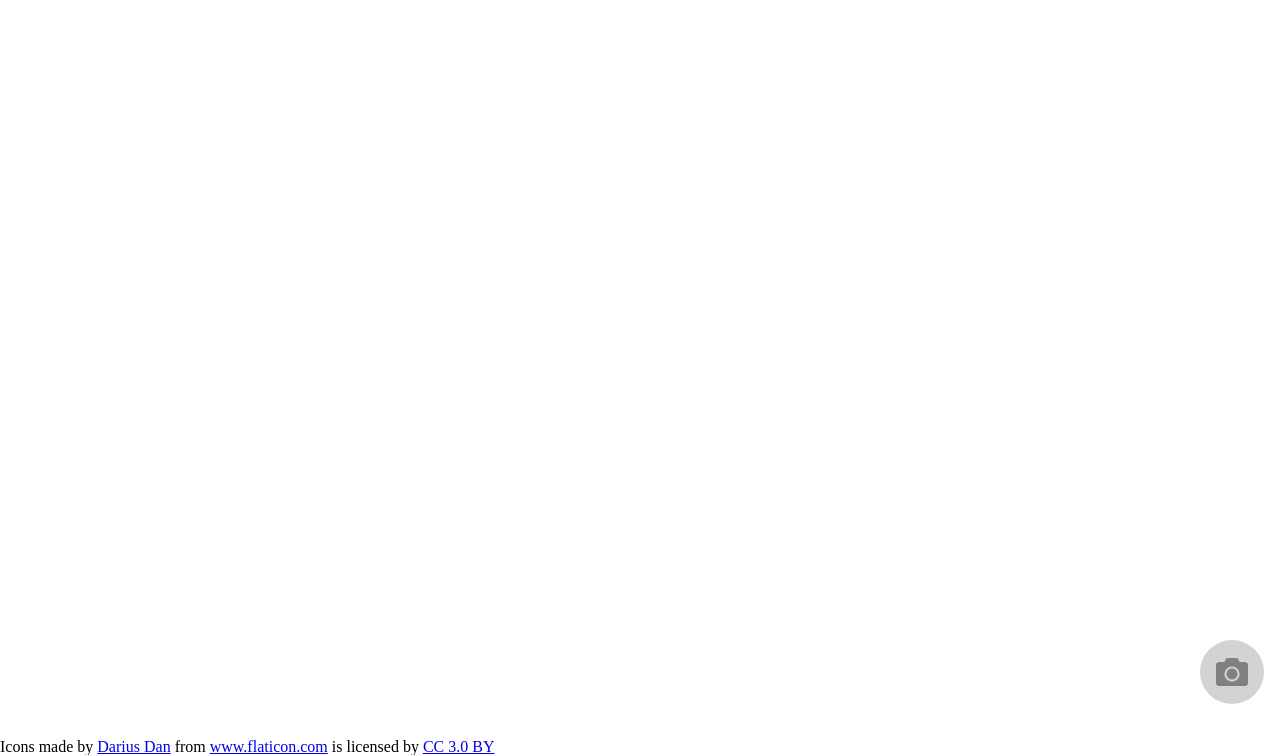
Repository: dalzell99/Bowls-Measure
Page: index.html
An editor plug-in stored every save of this project. The page is shown before and after the next save, followed by the edit.
The browser window is 1280 px wide. The pictures show the whole page.
Some icons come from a web library that is not loaded, so they are not drawn. Some web libraries are served in a nearby version.

Above is the page before, as saved 2019-01-09 15:02:04.

### index.html
<!DOCTYPE html>
<html>
<head>
	<meta charset="utf-8" />
	<meta http-equiv="X-UA-Compatible" content="IE=edge">
	<title>Bowls Measure</title>
	<meta name="viewport" content="width=device-width, initial-scale=1">
	<link rel="manifest" href="/manifest.json">

	<link rel="stylesheet" type="text/css" href="css/reset.css" />
	<!-- <link rel="stylesheet" href="node_modules/@fortawesome/fontawesome-free/css/all.min.css" /> -->
	<link rel="stylesheet" href="https://use.fontawesome.com/releases/v5.6.3/css/all.css" integrity="sha384-UHRtZLI+pbxtHCWp1t77Bi1L4ZtiqrqD80Kn4Z8NTSRyMA2Fd33n5dQ8lWUE00s/" crossorigin="anonymous">
	<link rel="stylesheet" type="text/css" href="css/app.css" />

	<script src="js/app.js"></script>
</head>
<body>
	<!-- Display feed from camera -->
	<video class="camera"></video>

	<!-- Display image taken with overlay measurements -->
	<img class="image" />

	<!-- Button for taking image -->
	<div class="photo-button">
		<i class="fas fa-camera"></i>
	</div>

	<div>Icons made by <a href="https://www.flaticon.com/authors/darius-dan" title="Darius Dan">Darius Dan</a> from <a href="https://www.flaticon.com/" 			    title="Flaticon">www.flaticon.com</a> is licensed by <a href="http://creativecommons.org/licenses/by/3.0/" 			    title="Creative Commons BY 3.0" target="_blank">CC 3.0 BY</a></div>
</body>
</html>

### css/app.css
body {
	overflow: hidden;
}

.camera {
	width: 100vw;
	height: 100vh;
}

.photo-button {
	position: absolute;
	bottom: 1em;
	right: 1em;
	background-color: lightgrey;
	border-radius: 50%;
	padding: 1em;
	cursor: pointer;
}

.photo-button i {
	font-size: 2em;
	color: grey;
}

### js/app.js
// NOTE: Register service worker
if ('serviceWorker' in navigator) {
	window.addEventListener('load', function() {
		navigator.serviceWorker.register('/sw.js').then(function(registration) {
			// Registration was successful
			console.log('ServiceWorker registration successful with scope: ', registration.scope);
		}, function(err) {
			// registration failed :(
			console.log('ServiceWorker registration failed: ', err);
		});
	});
}

// NOTE: Add to homescreen prompt
window.addEventListener('beforeinstallprompt', (e) => {
	// Prevent Chrome 67 and earlier from automatically showing the prompt
	e.preventDefault();

	e.prompt();
});

// NOTE: Get video feed from rear camera and show to user
// Older browsers might not implement mediaDevices at all, so we set an empty object first
if (navigator.mediaDevices === undefined) {
	navigator.mediaDevices = {};
}

// Some browsers partially implement mediaDevices. We can't just assign an object
// with getUserMedia as it would overwrite existing properties.
// Here, we will just add the getUserMedia property if it's missing.
if (navigator.mediaDevices.getUserMedia === undefined) {
	navigator.mediaDevices.getUserMedia = function (constraints) {

		// First get ahold of the legacy getUserMedia, if present
		var getUserMedia = navigator.webkitGetUserMedia || navigator.mozGetUserMedia;

		// Some browsers just don't implement it - return a rejected promise with an error
		// to keep a consistent interface
		if (!getUserMedia) {
			return Promise.reject(new Error('getUserMedia is not implemented in this browser'));
		}

		// Otherwise, wrap the call to the old navigator.getUserMedia with a Promise
		return new Promise(function (resolve, reject) {
			getUserMedia.call(navigator, constraints, resolve, reject);
		});
	}
}

navigator.mediaDevices.getUserMedia({
	video: {
		facingMode: {
			exact: "environment"
		}
	}
}).then(function (stream) {
	var video = document.querySelector('video');
	// Older browsers may not have srcObject
	if ("srcObject" in video) {
		video.srcObject = stream;
	} else {
		// Avoid using this in new browsers, as it is going away.
		video.src = window.URL.createObjectURL(stream);
	}

	video.onloadedmetadata = function (e) {
		video.play();
	};
}).catch(function (err) {
	console.log(err.name + ": " + err.message);
});

Loaded but not shown: css/reset.css (common file)

After the next save:
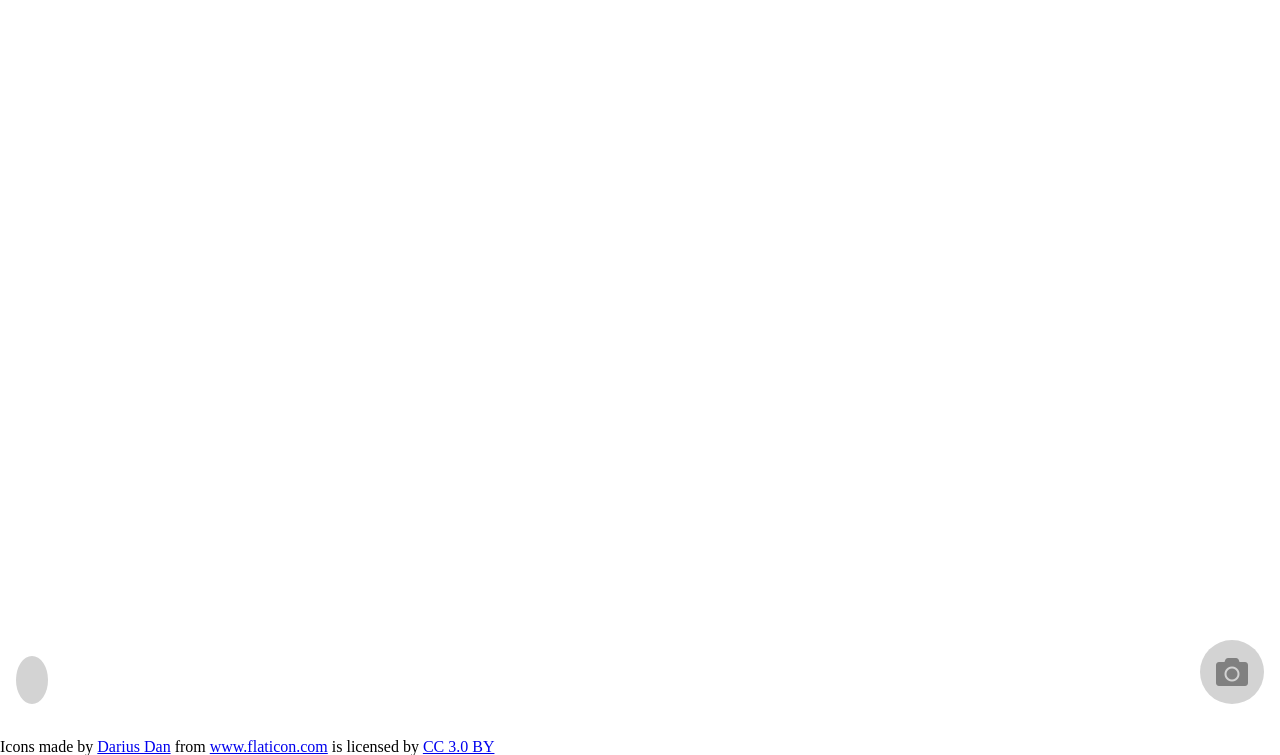
Saved 3 min 43 s later.
--- a/index.html
+++ b/index.html
@@ -26,6 +26,11 @@
 		<i class="fas fa-camera"></i>
 	</div>
 
+	<!-- Button for reloading app -->
+	<div class="reload-button">
+		<i class="fas fa-refresh"></i>
+	</div>
+
 	<div>Icons made by <a href="https://www.flaticon.com/authors/darius-dan" title="Darius Dan">Darius Dan</a> from <a href="https://www.flaticon.com/" 			    title="Flaticon">www.flaticon.com</a> is licensed by <a href="http://creativecommons.org/licenses/by/3.0/" 			    title="Creative Commons BY 3.0" target="_blank">CC 3.0 BY</a></div>
 </body>
 </html>
--- a/css/app.css
+++ b/css/app.css
@@ -21,3 +21,18 @@ body {
 	font-size: 2em;
 	color: grey;
 }
+
+.reload-button {
+	position: absolute;
+	bottom: 1em;
+	left: 1em;
+	background-color: lightgrey;
+	border-radius: 50%;
+	padding: 1em;
+	cursor: pointer;
+}
+
+.reload-button i {
+	font-size: 2em;
+	color: grey;
+}
